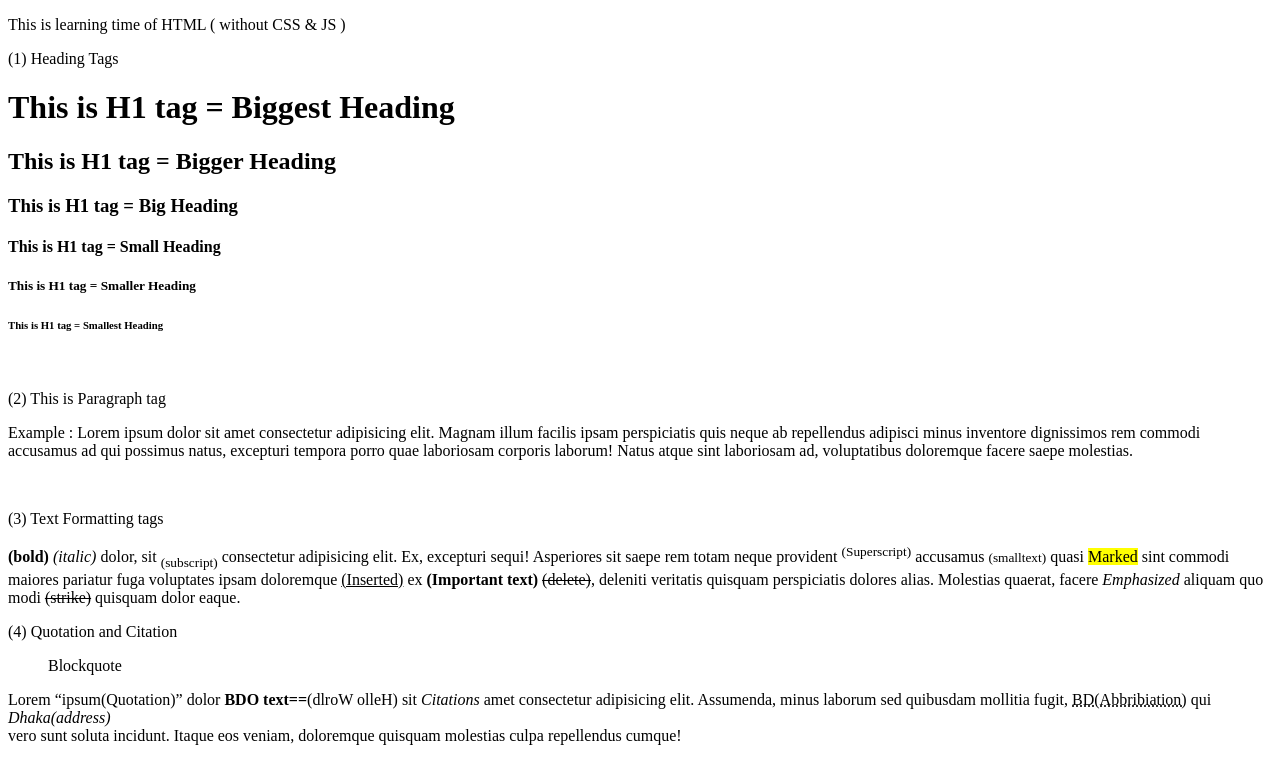
Repository: diptods/Frontend-in-60-DAYS
Page: Day01/learning/learn.html
An editor plug-in stored every save of this project. The page is shown before and after the next save, followed by the edit.
The browser window is 1280 px wide. The pictures show the whole page.

Above is the page before, as saved 2026-05-28 12:04:07.

After the next save:
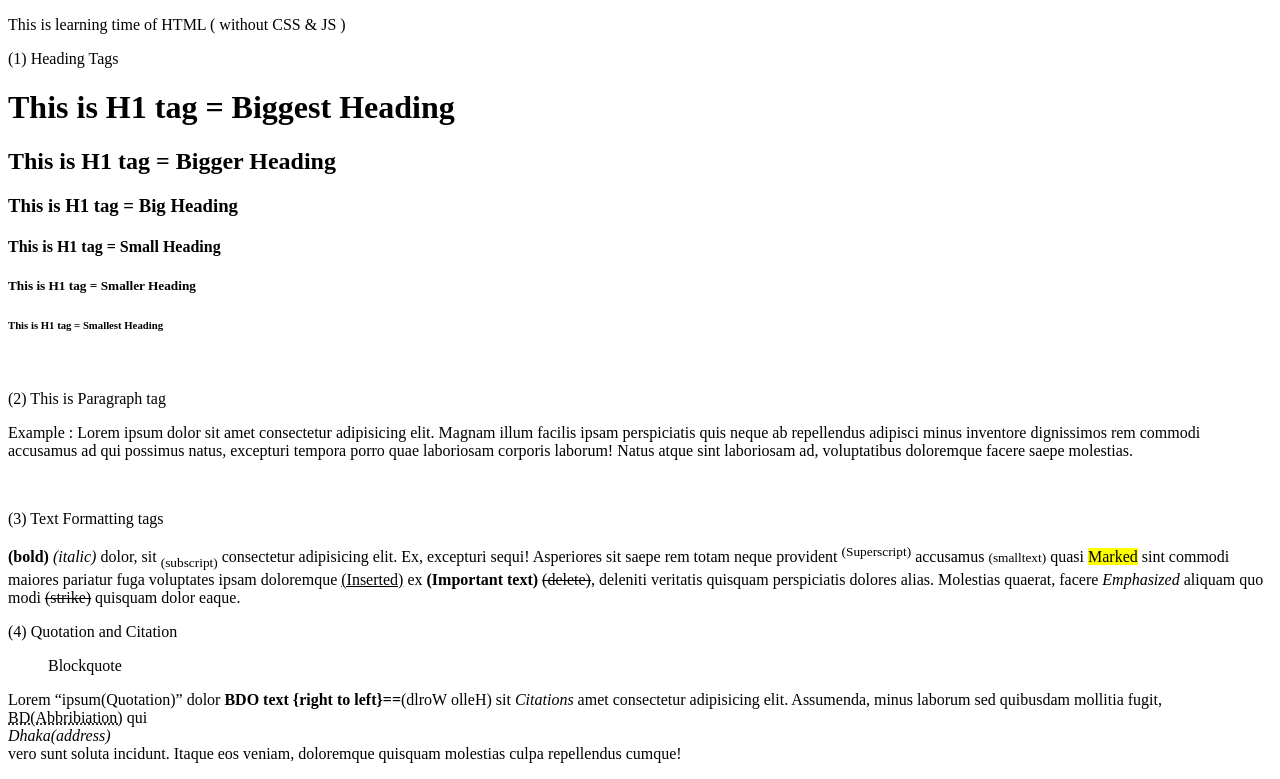
Saved 34 s later.
--- a/Day01/learning/learn.html
+++ b/Day01/learning/learn.html
@@ -33,7 +33,7 @@
         <em>Emphasized</em> aliquam quo modi <strike>(strike)</strike> quisquam dolor eaque.
     </p>
     <p>(4) Quotation and Citation</p>
-    <p><blockquote>Blockquote</blockquote> Lorem <q>ipsum(Quotation)</q> dolor <b>BDO text==</b><bdo dir="rtl">(Hello World)</bdo> sit <cite>Citations</cite> amet consectetur adipisicing elit. Assumenda, minus laborum sed quibusdam mollitia fugit,
+    <p><blockquote>Blockquote</blockquote> Lorem <q>ipsum(Quotation)</q> dolor <b>BDO text {right to left}==</b><bdo dir="rtl">(Hello World)</bdo> sit <cite>Citations</cite> amet consectetur adipisicing elit. Assumenda, minus laborum sed quibusdam mollitia fugit,
         <abbr title="Bangladesh">BD(Abbribiation)</abbr> qui <address>Dhaka(address)</address>vero sunt soluta incidunt. Itaque eos veniam, doloremque quisquam molestias culpa repellendus cumque!
     </p>
 </body>
